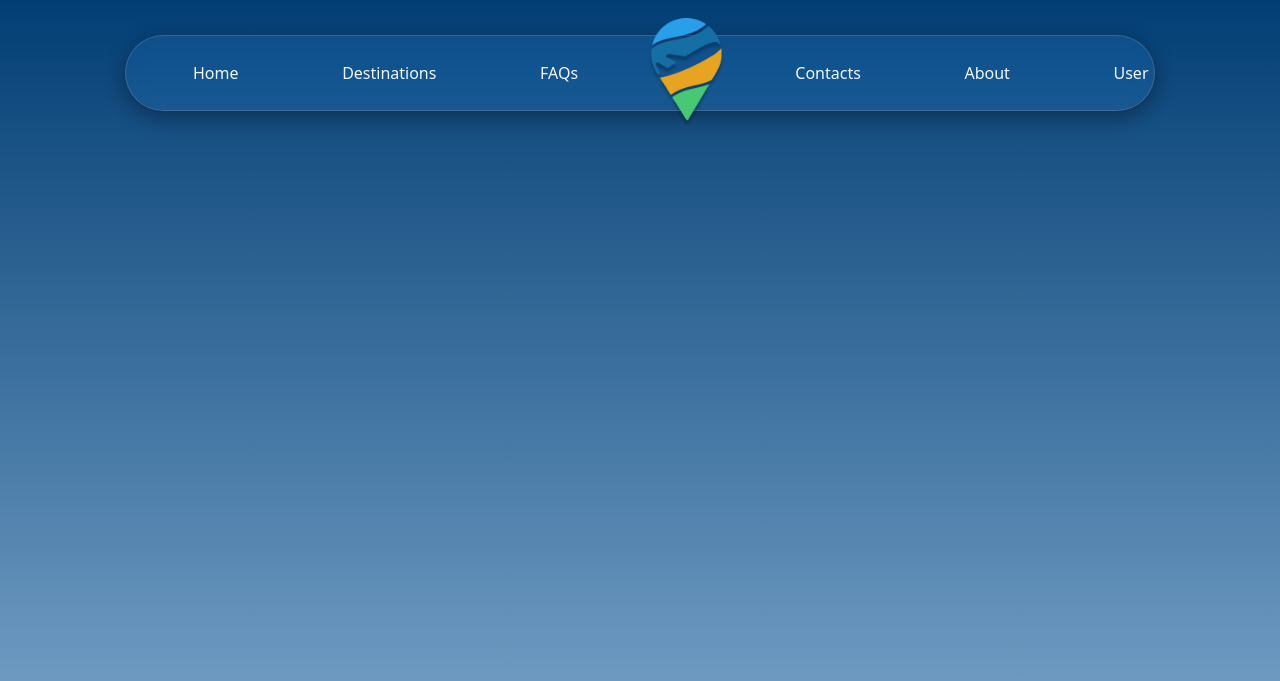
Repository: KorinChlorine/Explore
Page: destination.html
The author's editor kept a copy of each file at every save. The page is drawn from the files as they stood at one save, then again after the next save.
The browser window is 1280 px wide. The pictures show the whole page.
An inner scrolling area shows only its first screen.

Above is the page before, as saved 2025-10-31 11:22:29.

After the next save:
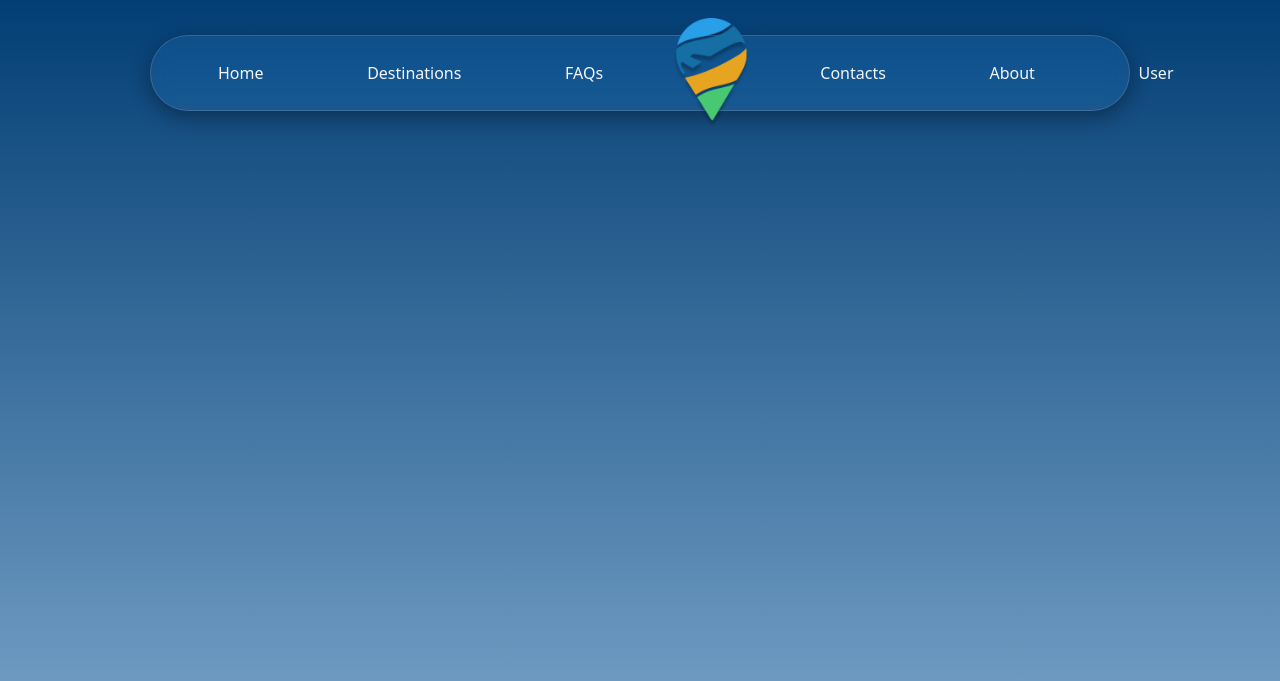
Saved 58 s later.
--- a/design.css
+++ b/design.css
@@ -9,12 +9,6 @@
     overflow-x: hidden;
  }
 
- .custom-navbar * {
-   all: unset;
-   /* resets all inherited styles */
-   display: revert;
-   /* restores browser default display */
- }
 
  /* hero section */
 

After the save that followed:
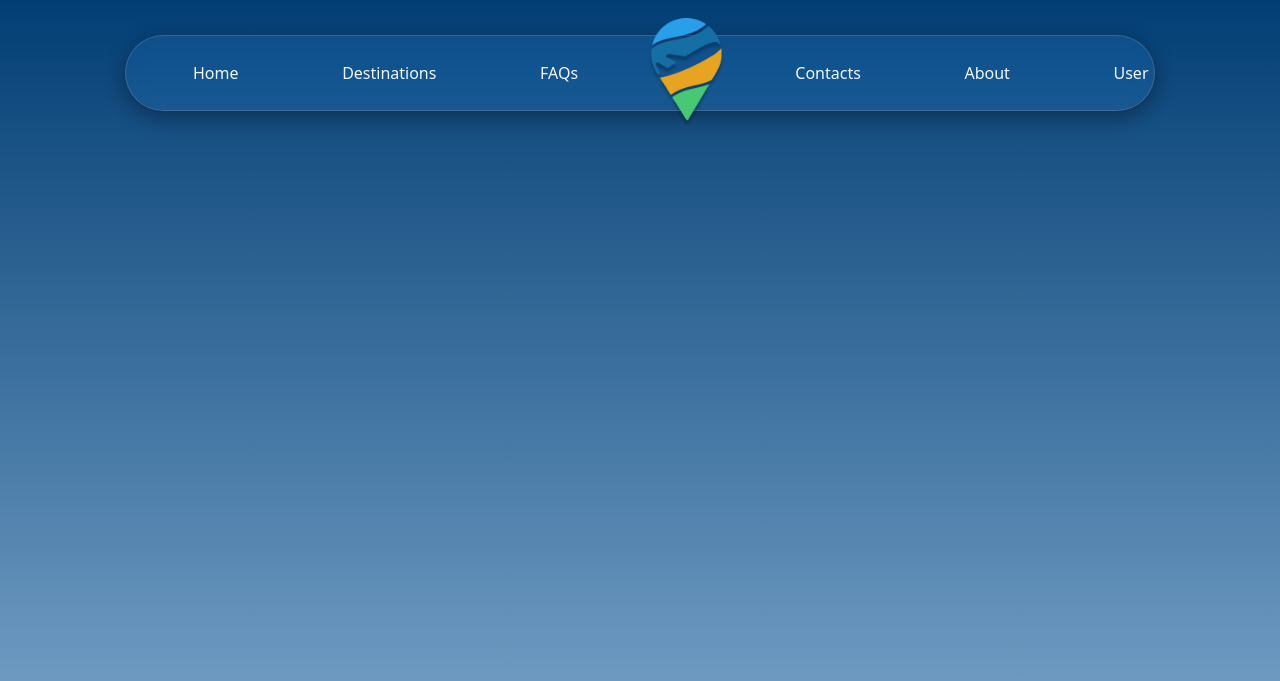
Saved 6 s later.
--- a/design.css
+++ b/design.css
@@ -9,6 +9,12 @@
     overflow-x: hidden;
  }
 
+ .custom-navbar * {
+   all: unset;
+   /* resets all inherited styles */
+   display: revert;
+   /* restores browser default display */
+ }
 
  /* hero section */
 
